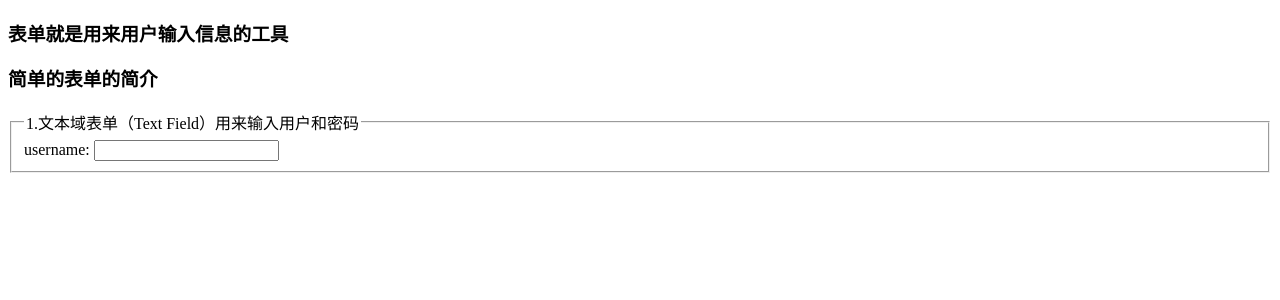
Repository: jarvanstack/vscode
Page: HTML/HTML中From表单.html
These files come from the project's save history. The page is drawn as it stood at one moment and after the next save; the edit follows.
The browser window is 1280 px wide. The pictures show the whole page.

Above is the page before, as saved 2020-06-11 09:41:50.

### HTML/HTML中From表单.html
<!DOCTYPE html>
<html lang="en">
<head>
    <meta charset="UTF-8">
    <meta name="viewport" content="width=device-width, initial-scale=1.0">
    <title>HTML中From表单</title>
</head>
<body>
    <h3>表单就是用来用户输入信息的工具</h3>
    <h3>简单的表单的简介</h3>
    <fieldset>
        <legend>1.文本域表单（Text Field）用来输入用户和密码</legend>
        <span>
            username: <input type="text">
        </span>
    </fieldset>
</body>
</html>

After the next save:
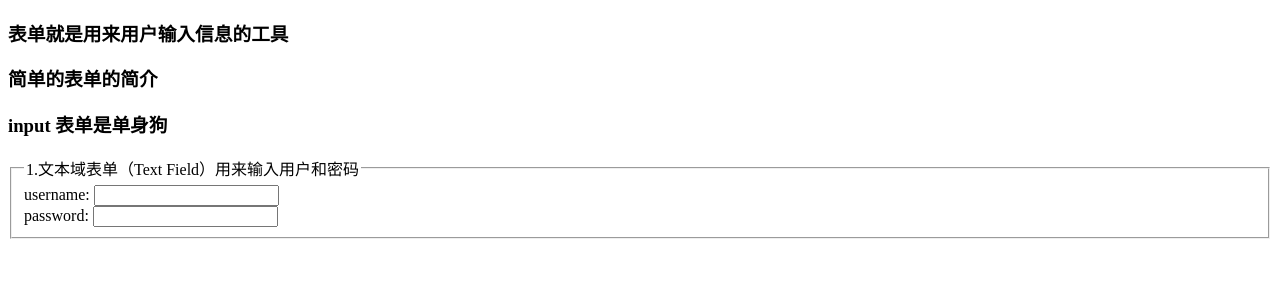
Saved 53 s later.
--- a/HTML/HTML中From表单.html
+++ b/HTML/HTML中From表单.html
@@ -8,10 +8,15 @@
 <body>
     <h3>表单就是用来用户输入信息的工具</h3>
     <h3>简单的表单的简介</h3>
+    <h3>input 表单是单身狗</h3>
     <fieldset>
         <legend>1.文本域表单（Text Field）用来输入用户和密码</legend>
         <span>
-            username: <input type="text">
+            username: <input type="text" name="username">
+        </span>
+        <br>
+        <span>
+            password: <input type="text">
         </span>
     </fieldset>
 </body>
